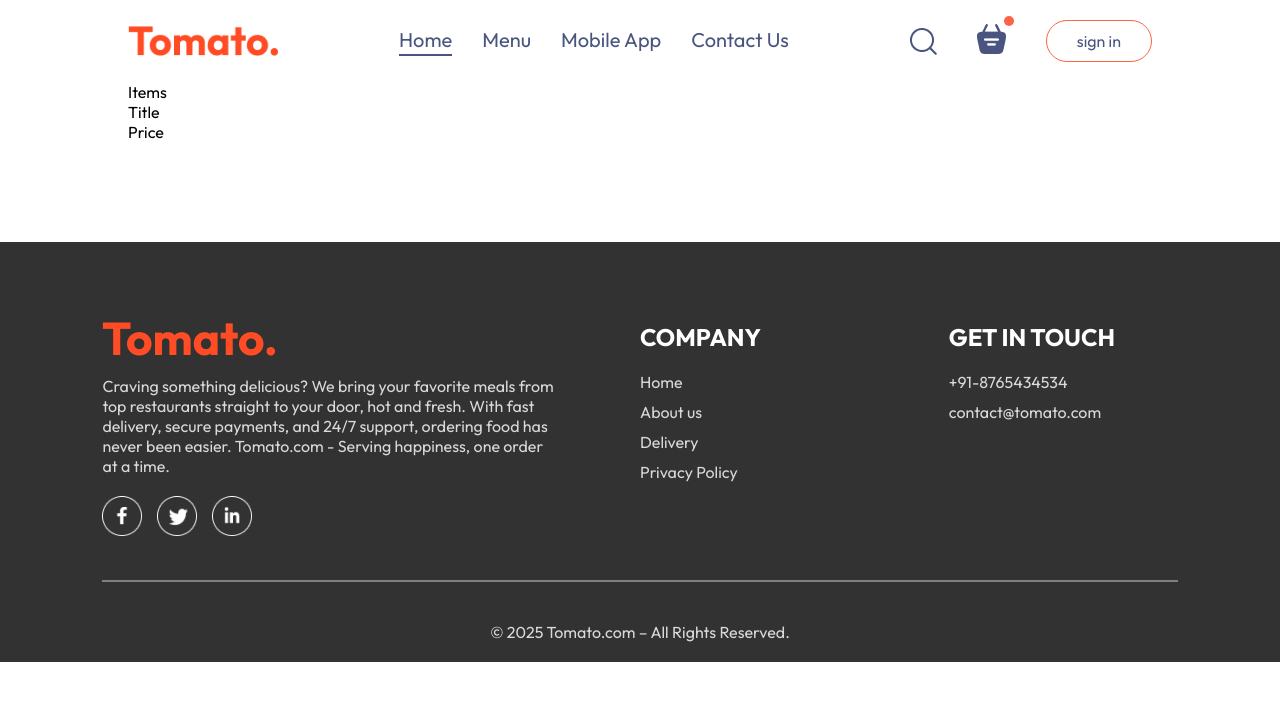
Repository: esakkiraj8104/FOOD_ORDER1
Page: /cart
These files come from the project's save history. The page is drawn as it stood at one moment and after the next save; the edit follows.
The browser window is 1280 px wide. The pictures show the whole page.
The project was rebuilt for these pictures with package versions that can differ from the ones it lists, and the page was loaded fresh each time. Also part of the build but not shown: vite.config.js, src/components/Navbar/Header/Haeder.css, src/components/Navbar/Header/Header.jsx, src/components/Navbar/ExploreMenu/ExploreMenu.css, src/components/Navbar/ExploreMenu/ExploreMenu.jsx, src/components/Navbar/FoodDisplay/FoodDisplay.css, src/components/Navbar/FoodItem/FoodItem.css, src/components/Navbar/FoodItem/FoodItem.jsx and 7 more. Imported but missing from the stored project, and not drawn on this page: src/pages/PlaceOrder/PlaceOrder.

Above is the page before, as saved 2025-05-20 17:58:00.

### index.html
<!doctype html>
<html lang="en">
  <head>
    <meta charset="UTF-8" />
    <link rel="icon" type="image/svg+xml" href="/vite.svg" />
    <meta name="viewport" content="width=device-width, initial-scale=1.0" />
    <title>Tomoto food Web</title>
  </head>
  <body>
    <div id="root"></div>
    <script type="module" src="/src/main.jsx"></script>
  </body>
</html>

### src/main.jsx
import React from 'react'
import ReactDOM from 'react-dom/client'
import './index.css'
import App from './App.jsx'
import {BrowserRouter} from 'react-router-dom'
import StoreContextProvider from './Context/StoreContext.jsx'

ReactDOM.createRoot(document.getElementById('root')).render(
  <BrowserRouter>
    <StoreContextProvider>
      <App />
    </StoreContextProvider>

  </BrowserRouter>

)

### src/index.css
@import url('https://fonts.googleapis.com/css2?family=Outfit:wght@100..900&display=swap');

*{
  padding: 0;
  margin: 0;
  box-sizing: border-box;
  font-family: outfit;
  scroll-behavior: smooth;
}
body{
  min-height: 100vh;
}
a{
  text-decoration :none;
  color: inherit;
}
.app{
  width: 80%;
  margin: auto;
}

@keyframes fadeIn {
  0%{
    opacity: 0;
  }
  100%{
    opacity: 1;
  }
}

### src/App.jsx
import React,{ useState } from 'react'
import { Route, Routes } from 'react-router-dom'
import Home from './pages/Home/Home'
import Cart from './pages/Cart/Cart'
import PlaceOrder from './pages/PlaceOrder/PlaceOrder'
import Navbar from './components/Navbar/Navbar/Navbar'
import Footer from './components/Navbar/Footer/Footer'
import LoginPopup from './components/LoginPopup/LoginPopup'

const App = () => {

  const[showLogin,setShowLogin]= useState(false)
  return (

    <>
    {showLogin?<LoginPopup setShowLogin={setShowLogin}/>:<></>}
      <div className='app'>
        <Navbar setShowLogin={setShowLogin}/>
        <Routes >
          <Route path='/' element={<Home />} />
          <Route path='/cart' element={<Cart />} />
          <Route path='/order' element={<PlaceOrder />} />
        </Routes>
      </div>
      <Footer />

    </>


  )
}

export default App

### src/Context/StoreContext.jsx
import { createContext, useEffect, useState } from "react";
import { food_list } from "../assets/assets";

export const StoreContext = createContext(null)

const StoreContextProvider = (props) => {

    const [cartItems,setCartItems]= useState({});

    const addToCart = (itemId) => {
        if (!cartItems[itemId]) {
            setCartItems((prev)=>({...prev,[itemId]:1}))
        }
        else{
            setCartItems((prev)=>({...prev,[itemId]:prev[itemId]+1}))
        }
    }

    const removeFromCart = (itemId) =>{
        setCartItems((prev)=>({...prev,[itemId]:prev[itemId]-1}))
    }

    useEffect(()=>{
        console.log(cartItems);
    },[cartItems])

    const contextValue = {
        food_list,
        cartItems,
        setCartItems,
        addToCart,
        removeFromCart

    }
    return (
        <StoreContext.Provider value={contextValue}>
            {props.children}
        </StoreContext.Provider>
    )
}

export default StoreContextProvider;

### src/pages/Cart/Cart.jsx
import React, { useContext } from 'react'
import './Cart.css'
import {StoreContext} from '../../Context/StoreContext'
const Cart = () => {


    const {cartItems,food_list,removeFromCart}= useContext(StoreContext);
  return (
    <div className='cart'>
        <div className="cart-items">
          <div className="cart-items-title">
            <p>Items</p>
            <p>Title</p>
            <p>Price</p>
            <p></p>
            <p></p>
            <p></p>
          </div>
        </div>
    </div>
  )
}

export default Cart

### src/components/Navbar/Navbar/Navbar.jsx
import React, { useState } from 'react'
import './Navbar.css'
import { assets } from '../../../assets/assets'
import { Link } from 'react-router-dom';
const Navbar = ({setShowLogin}) => {

    const [menu,setMenu] = useState("home");
  return (
    <div className='navbar'>
        <img src={assets.logo} alt="" className="logo" />
        <ul className="navbar-menu">
        <Link to='/'className={menu === "home" ? "active" : ""} onClick={() => setMenu("home")}>Home</Link>
        <a href='#explore-menu' className={menu === "menu" ? "active" : ""} onClick={() => setMenu("menu")}>Menu</a>
        <a href='#app-download'className={menu === "mobile-app" ? "active" : ""} onClick={() => setMenu("mobile-app")}>Mobile App</a>
        <a href='#footer'className={menu === "contact us" ? "active" : ""} onClick={() => setMenu("contact us")}>Contact Us</a>
        </ul>
        <div className="navbar-right">
            <img src={assets.search_icon} alt="" />
            <div className="navbar-search-icon">
                <img src={assets.basket_icon} alt="" />
                <div className="dot"></div>
            </div>
            <button onClick={()=>setShowLogin(true)}>sign in</button>
        </div>
    </div>
  )
}

export default Navbar

### src/components/Navbar/Footer/Footer.jsx
import React from 'react'
import './Footer.css'
import { assets } from '../../../assets/assets'

const Footer = () => {
  return (

    <div className='footer' id='footer'>
      <div className="footer-content">
        <div className="footer-content-left">
          <img src={assets.logo} alt="" />
          <p>Craving something delicious? We bring your favorite meals from top restaurants straight to your door, hot and fresh.
            With fast delivery, secure payments, and  24/7 support, ordering food has never been easier.
            Tomato.com - Serving happiness, one order at a time.</p>
          <div className="footer-social-icons">
            <img src={assets.facebook_icon} alt="" />
            <img src={assets.twitter_icon} alt="" />
            <img src={assets.linkedin_icon} alt="" />
          </div>
        </div>
        <div className="footer-content-center">
          <h2>COMPANY</h2>
          <ul>
            <li>Home</li>
            <li>About us</li>
            <li>Delivery</li>
            <li>Privacy Policy</li>
          </ul>
        </div>
        <div className="footer-content-right">
          <h2>GET IN TOUCH</h2>
          <ul>
            <li>+91-8765434534</li>
            <li>contact@tomato.com</li>
          </ul>
        </div>
      </div>
      <hr />
      <p className="footer-copyright">© 2025 Tomato.com – All Rights Reserved.</p>
    </div>
  )
}

export default Footer

### src/assets/assets.js
import basket_icon from './basket_icon.png'
import logo from './logo.png'
import header_img from './header_img.png'
import search_icon from './search_icon.png'
import menu_1 from './menu_1.png'
import menu_2 from './menu_2.png'
import menu_3 from './menu_3.png'
import menu_4 from './menu_4.png'
import menu_5 from './menu_5.png'
import menu_6 from './menu_6.png'
import menu_7 from './menu_7.png'
import menu_8 from './menu_8.png'

import food_1 from './food_1.png'
import food_2 from './food_2.png'
import food_3 from './food_3.png'
import food_4 from './food_4.png'
import food_5 from './food_5.png'
import food_6 from './food_6.png'
import food_7 from './food_7.png'
import food_8 from './food_8.png'
import food_9 from './food_9.png'
import food_10 from './food_10.png'
import food_11 from './food_11.png'
import food_12 from './food_12.png'
import food_13 from './food_13.png'
import food_14 from './food_14.png'
import food_15 from './food_15.png'
import food_16 from './food_16.png'
import food_17 from './food_17.png'
import food_18 from './food_18.png'
import food_19 from './food_19.png'
import food_20 from './food_20.png'
import food_21 from './food_21.png'
import food_22 from './food_22.png'
import food_23 from './food_23.png'
import food_24 from './food_24.png'
import food_25 from './food_25.png'
import food_26 from './food_26.png'
import food_27 from './food_27.png'
import food_28 from './food_28.png'
import food_29 from './food_29.png'
import food_30 from './food_30.png'
import food_31 from './food_31.png'
import food_32 from './food_32.png'

import add_icon_white from './add_icon_white.png'
import add_icon_green from './add_icon_green.png'
import remove_icon_red from './remove_icon_red.png'
import app_store from './app_store.png'
import play_store from './play_store.png'
import linkedin_icon from './linkedin_icon.png'
import facebook_icon from './facebook_icon.png'
import twitter_icon from './twitter_icon.png'
import cross_icon from './cross_icon.png'
import selector_icon from './selector_icon.png'
import rating_starts from './rating_starts.png'
import profile_icon from './profile_icon.png'
import bag_icon from './bag_icon.png'
import logout_icon from './logout_icon.png'
import parcel_icon from './parcel_icon.png'

export const assets = {
    logo,
    basket_icon,
    header_img,
    search_icon,
    rating_starts,
    add_icon_green,
    add_icon_white,
    remove_icon_red,
    app_store,
    play_store,
    linkedin_icon,
    facebook_icon,
    twitter_icon,
    cross_icon,
    selector_icon,
    profile_icon,
    logout_icon,
    bag_icon,
    parcel_icon
}

export const menu_list = [
    {
        menu_name: "Salad",
        menu_image: menu_1
    },
    {
        menu_name: "Rolls",
        menu_image: menu_2
    },
    {
        menu_name: "Deserts",
        menu_image: menu_3
    },
    {
        menu_name: "Sandwich",
        menu_image: menu_4
    },
    {
        menu_name: "Cake",
        menu_image: menu_5
    },
    {
        menu_name: "Pure Veg",
        menu_image: menu_6
    },
    {
        menu_name: "Pasta",
        menu_image: menu_7
    },
    {
        menu_name: "Noodles",
        menu_image: menu_8
    }]

export const food_list = [
    {
        _id: "1",
        name: "Greek salad",
        image: food_1,
        price: 12,
        description: "Food provides essential nutrients for overall health and well-being",
        category: "Salad"
    },
    {
        _id: "2",
        name: "Veg salad",
        image: food_2,
        price: 18,
        description: "Food provides essential nutrients for overall health and well-being",
        category: "Salad"
    }, {
        _id: "3",
        name: "Clover Salad",
        image: food_3,
        price: 16,
        description: "Food provides essential nutrients for overall health and well-being",
        category: "Salad"
    }, {
        _id: "4",
        name: "Chicken Salad",
        image: food_4,
        price: 24,
        description: "Food provides essential nutrients for overall health and well-being",
        category: "Salad"
    }, {
        _id: "5",
        name: "Lasagna Rolls",
        image: food_5,
        price: 14,
        description: "Food provides essential nutrients for overall health and well-being",
        category: "Rolls"
    }, {
        _id: "6",
        name: "Peri Peri Rolls",
        image: food_6,
        price: 12,
        description: "Food provides essential nutrients for overall health and well-being",
        category: "Rolls"
    }, {
        _id: "7",
        name: "Chicken Rolls",
        image: food_7,
        price: 20,
        description: "Food provides essential nutrients for overall health and well-being",
        category: "Rolls"
    }, {
        _id: "8",
        name: "Veg Rolls",
        image: food_8,
        price: 15,
        description: "Food provides essential nutrients for overall health and well-being",
        category: "Rolls"
    }, {
        _id: "9",
        name: "Ripple Ice Cream",
        image: food_9,
        price: 14,
        description: "Food provides essential nutrients for overall health and well-being",
        category: "Deserts"
    }, {
        _id: "10",
        name: "Fruit Ice Cream",
        image: food_10,
        price: 22,
        description: "Food provides essential nutrients for overall health and well-being",
        category: "Deserts"
    }, {
        _id: "11",
        name: "Jar Ice Cream",
        image: food_11,
        price: 10,
        description: "Food provides essential nutrients for overall health and well-being",
        category: "Deserts"
    }, {
        _id: "12",
        name: "Vanilla Ice Cream",
        image: food_12,
        price: 12,
        description: "Food provides essential nutrients for overall health and well-being",
        category: "Deserts"
    },
    {
        _id: "13",
        name: "Chicken Sandwich",
        image: food_13,
        price: 12,
        description: "Food provides essential nutrients for overall health and well-being",
        category: "Sandwich"
    },
    {
        _id: "14",
        name: "Vegan Sandwich",
        image: food_14,
        price: 18,
        description: "Food provides essential nutrients for overall health and well-being",
        category: "Sandwich"
    }, {
        _id: "15",
        name: "Grilled Sandwich",
        image: food_15,
        price: 16,
        description: "Food provides essential nutrients for overall health and well-being",
        category: "Sandwich"
    }, {
        _id: "16",
        name: "Bread Sandwich",
        image: food_16,
        price: 24,
        description: "Food provides essential nutrients for overall health and well-being",
        category: "Sandwich"
    }, {
        _id: "17",
        name: "Cup Cake",
        image: food_17,
        price: 14,
        description: "Food provides essential nutrients for overall health and well-being",
        category: "Cake"
    }, {
        _id: "18",
        name: "Vegan Cake",
        image: food_18,
        price: 12,
        description: "Food provides essential nutrients for overall health and well-being",
        category: "Cake"
    }, {
        _id: "19",
        name: "Butterscotch Cake",
        image: food_19,
        price: 20,
        description: "Food provides essential nutrients for overall health and well-being",
        category: "Cake"
    }, {
        _id: "20",
        name: "Sliced Cake",
        image: food_20,
        price: 15,
        description: "Food provides essential nutrients for overall health and well-being",
        category: "Cake"
    }, {
        _id: "21",
        name: "Garlic Mushroom ",
        image: food_21,
        price: 14,
        description: "Food provides essential nutrients for overall health and well-being",
        category: "Pure Veg"
    }, {
        _id: "22",
        name: "Fried Cauliflower",
        image: food_22,
        price: 22,
        description: "Food provides essential nutrients for overall health and well-being",
        category: "Pure Veg"
    }, {
        _id: "23",
        name: "Mix Veg Pulao",
        image: food_23,
        price: 10,
        description: "Food provides essential nutrients for overall health and well-being",
        category: "Pure Veg"
    }, {
        _id: "24",
        name: "Rice Zucchini",
        image: food_24,
        price: 12,
        description: "Food provides essential nutrients for overall health and well-being",
        category: "Pure Veg"
    },
    {
        _id: "25",
        name: "Cheese Pasta",
        image: food_25,
        price: 12,
        description: "Food provides essential nutrients for overall health and well-being",
        category: "Pasta"
    },
    {
        _id: "26",
        name: "Tomato Pasta",
        image: food_26,
        price: 18,
        description: "Food provides essential nutrients for overall health and well-being",
        category: "Pasta"
    }, {
        _id: "27",
        name: "Creamy Pasta",
        image: food_27,
        price: 16,
        description: "Food provides essential nutrients for overall health and well-being",
        category: "Pasta"
    }, {
        _id: "28",
        name: "Chicken Pasta",
        image: food_28,
        price: 24,
        description: "Food provides essential nutrients for overall health and well-being",
        category: "Pasta"
    }, {
        _id: "29",
        name: "Buttter Noodles",
        image: food_29,
        price: 14,
        description: "Food provides essential nutrients for overall health and well-being",
        category: "Noodles"
    }, {
        _id: "30",
        name: "Veg Noodles",
        image: food_30,
        price: 12,
        description: "Food provides essential nutrients for overall health and well-being",
        category: "Noodles"
    }, {
        _id: "31",
        name: "Somen Noodles",
        image: food_31,
        price: 20,
        description: "Food provides essential nutrients for overall health and well-being",
        category: "Noodles"
    }, {
        _id: "32",
        name: "Cooked Noodles",
        image: food_32,
        price: 15,
        description: "Food provides essential nutrients for overall health and well-being",
        category: "Noodles"
    }
]

### src/components/Navbar/Navbar/Navbar.css
.navbar{
    padding: 20px 0px;
    display: flex;
    justify-content: space-between;
    align-items: center;
}

.navbar .logo{
    width: 150px;
}

.navbar-menu{
    display: flex;
    list-style: none;
    gap: 30px;
    color: #49557e;
    font-size: 20px;
}

.navbar-right{
    display: flex;
    align-items: center;
    gap: 40px;
}

.navbar button{
    background: transparent;
    font-size: 16px;
    color: #49557e;
    border: 1px solid tomato;
    padding: 10px 30px;
    border-radius: 50px;
    cursor: pointer;
    transition: 0.3;
}

.navbar button:hover{
    background-color: #fff4f2;
}

.navbar .active{
    padding-bottom: 2px;
    border-bottom: 2px solid #49557e;
}

.navbar li{
    cursor: pointer;
}

.navbar-search-icon{
    position:relative;
}

.navbar-search-icon .dot{
    position: absolute;
    min-width: 10px;
    min-height: 10px;
    background-color: tomato;
    border-radius: 5px;
    top: -8px;
    right: -8px;
}
@media(max-width:1050px) {
    .navbar .logo{
        width: 140px;
    }
    .navbar-menu{
        gap: 20px;
        font-size: 17px;
    }
    .navbar-right{
        gap: 30px;
    }
    .navbar-right img{
        width: 22px;
    }
    .navbar-right button{
        padding: 8px 25px;
    }
}
@media(max-width:900px) {
    .navbar .logo{
        width: 120px;
    }
    .navbar-menu{
        gap: 15px;
        font-size: 16px;
    }
    .navbar-right{
        gap: 20px;
    }
    .navbar-right img{
        width: 20px;
    }
    .navbar-right button{
        padding: 7px 20px;
        font-size: 15px;
    }
}
@media(max-width:750px) {
    .navbar-menu{
        display: none;
    }
}

### src/components/Navbar/Footer/Footer.css
.footer{
    color: #d9d9d9;
    background: #323232;
    display: flex;
    flex-direction: column;
    align-items: center;
    gap: 20px;
    padding: 20px 8vw;
    padding-top: 80px;
    margin-top: 100px;

}

.footer-content{
    width: 100%;
    display: grid;
    grid-template-columns: 2fr 1fr 1fr;
    gap: 80px;
}
.footer-content-left, .footer-content-right, .footer-content-center{
    display: flex;
    flex-direction: column;
    align-items: start;
    gap: 20px;
}
.footer-content-left li, .footer-content-right li, .footer-content-center li{
    list-style: none;
    margin-bottom: 10px;
    cursor: pointer;
}
.footer-content-right h2, .footer-content-center h2 {
    color: white;
}
.footer-social-icons img{
    width: 40px;
    margin-right: 15px;
}
.footer hr{
    width: 100%;
    height: 2px;
    margin: 20px 0;
    background-color: grey;
    border: none;
}
@media (max-width:750px) {
    .footer-content{
        display: flex;
        flex-direction: column;
        gap: 35px;
    }
    .footer-copyright{
        text-align: center;
    }
}

Loaded but not shown: src/pages/Cart/Cart.css (no copy from this time; the picture is the same without it); src/pages/Home/Home.css (no stored copy; drawn as an empty file)

After the next save:
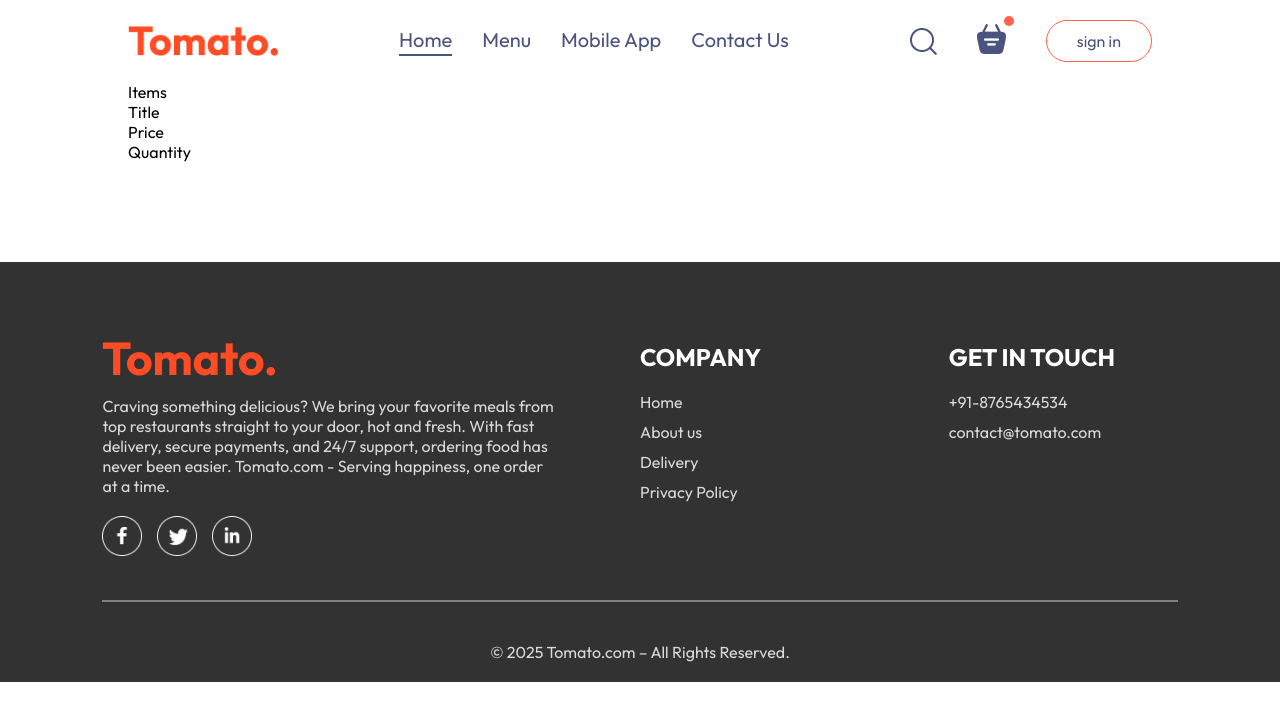
Saved 9 s later.
--- a/src/pages/Cart/Cart.jsx
+++ b/src/pages/Cart/Cart.jsx
@@ -12,7 +12,7 @@ const Cart = () => {
             <p>Items</p>
             <p>Title</p>
             <p>Price</p>
-            <p></p>
+            <p>Quantity</p>
             <p></p>
             <p></p>
           </div>
